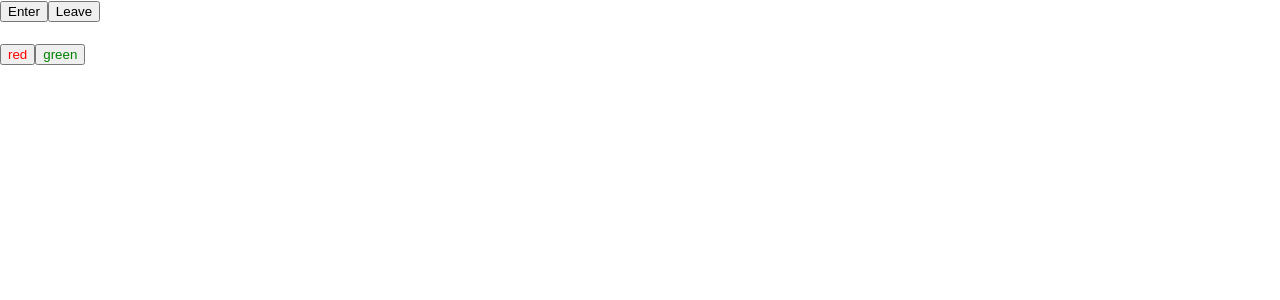
Repository: jongheonleee/hello_my_react
Page: /
These files come from the project's save history. The page is drawn as it stood at one moment and after the next save; the edit follows.
The browser window is 1280 px wide. The pictures show the whole page.
The project was rebuilt for these pictures with package versions that can differ from the ones it lists, and the page was loaded fresh each time. Also part of the build but not shown: src/App.css, src/MyComponent.js.

Above is the page before, as saved 2024-09-03 16:24:36.

### src/App.js
import logo from './logo.svg';
import { Fragment } from 'react';
import './App.css';
import MyComponent from './MyComponent';
import Say from './Say';  // Counter.js 파일로 Counter 컴포��트를 import합니다.

function App() { // 컴포넌트 -> 1. 모습, 2. 기능, 컴포넌트를 기본 단위로 여러개 조합해서 사용 가능
  return <Say />;
};

export default App;

### src/Say.js
import { useState } from "react";

const Say = () => {
    const [message, setMassage] = useState('');
    const onClickEnter = () => setMassage('안녕하세요!');
    const onClickLeave = () => setMassage('안녕히 계세요!');

    const [color, setColor] = useState('black');

    return (
        <div>
            <button onClick={onClickEnter}>Enter</button>
            <button onClick={onClickLeave}>Leave</button>
            <h1 style={{ color }}>{message}</h1>
            <button style={{ color : 'red'}} onClick={() => setColor('red')}>
                red
            </button>
            <button style={{ color : 'green'}} onClick={() => setColor('green')}>
                green
            </button>
        </div>
    )
}

export default Say;

### src/eventPractice.js
import { Component } from "react";


class EventPractice extends Component {
    render() {
        return (
            <div>
                <h1>이벤트 연습</h1>
            </div>
        )
    }
}

export default EventPractice;

Loaded but not shown: public/index.html (common file); src/index.js (common file); src/index.css (common file); src/reportWebVitals.js (common file)

After the next save:
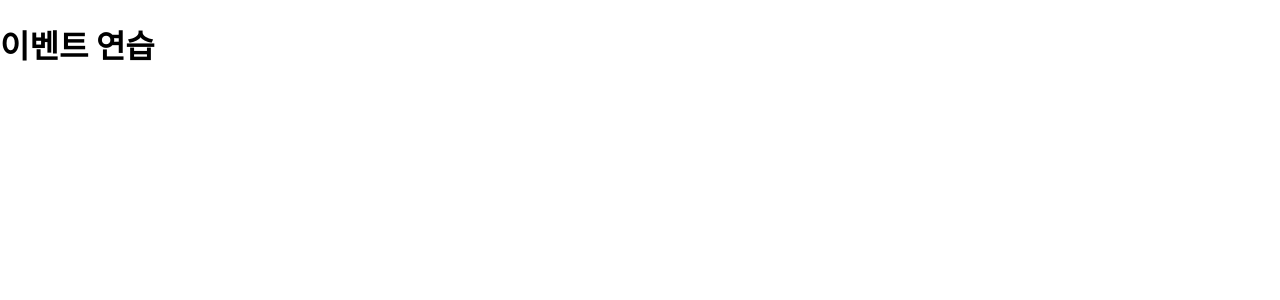
Saved 41 s later.
--- a/src/App.js
+++ b/src/App.js
@@ -3,9 +3,10 @@ import { Fragment } from 'react';
 import './App.css';
 import MyComponent from './MyComponent';
 import Say from './Say';  // Counter.js 파일로 Counter 컴포��트를 import합니다.
+import EventPractice from './eventPractice';
 
 function App() { // 컴포넌트 -> 1. 모습, 2. 기능, 컴포넌트를 기본 단위로 여러개 조합해서 사용 가능
-  return <Say />;
+  return <EventPractice />;
 };
 
 export default App;
